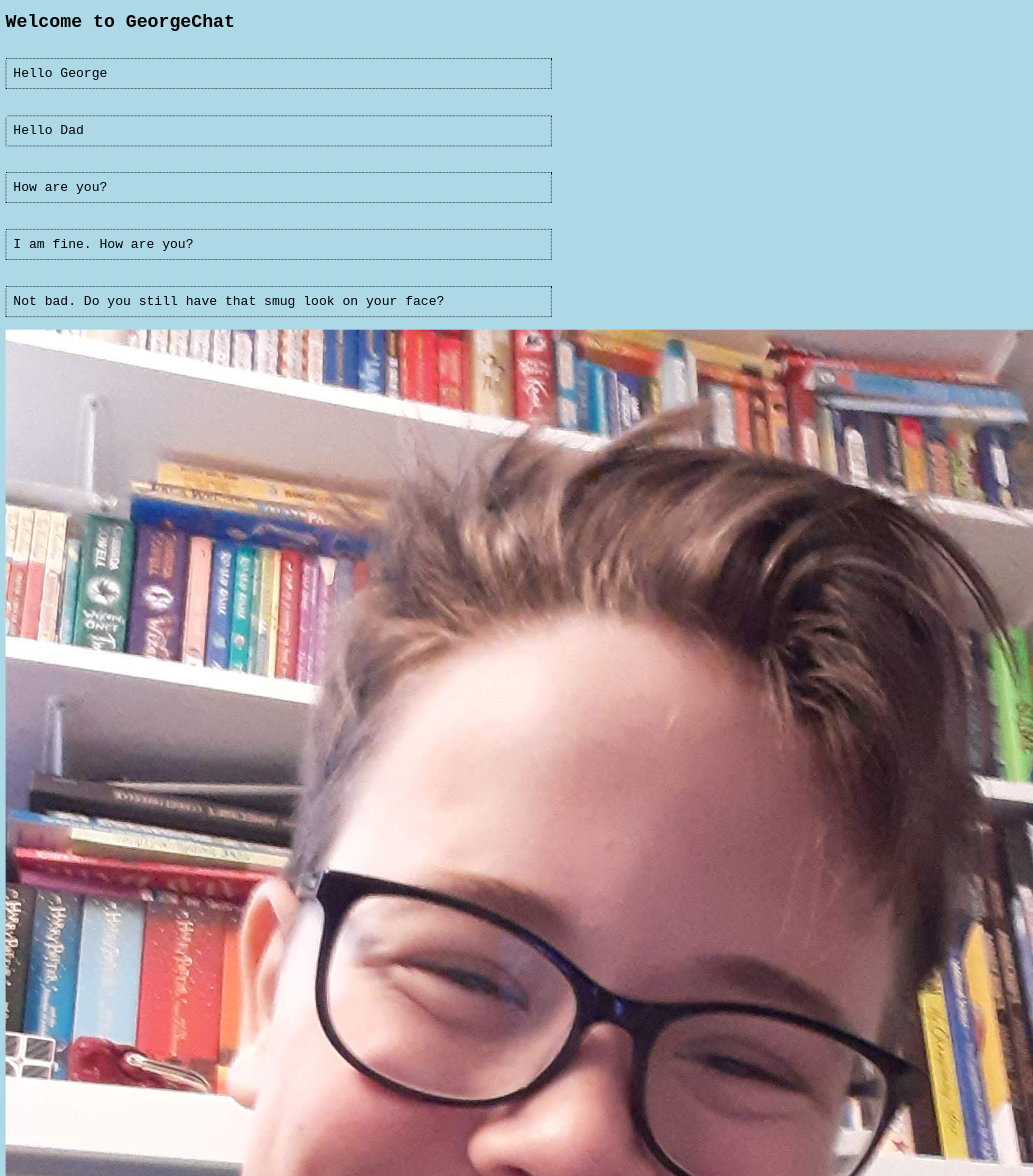
Repository: georgefyles/playground
Page: playground/src/resources/html/test.html
The author's editor kept a record of every edit. The page is drawn from the files as they stood at one moment, then again after the next edit.
The browser window is 1280 px wide. The page is 1476 px wide, then 1280 px, so the pictures cover 1476 px, including what lies to the right of the window. The pictures show the part of the page from y = 0 to 1680 px (the page is 3214 px tall before and 911 px after), at 70% of full size.

Above is the page before.

### playground/src/resources/html/test.html
<!DOCTYPE html>
<html>

  <head>
	<title>Page Title</title>
	<link rel="stylesheet" href="test.css" type="text/css" />
  </head>

  <body>

    <h1 id="chat-title">Welcome to GeorgeChat</h1>

    <div id="chat-messages">

      <p class="you-talking">Hello George</p>

      <p class="me-talking">Hello Dad</p>

      <p class="you-talking">How are you?</p>

  	  <p class="me-talking">I am fine. How are you?</p>

      <p class="you-talking">Not bad. Do you still have that smug look on your face?</p>

      <img src="../images/george.jpeg" class="me-talking chat-image" />

      <p class="you-talking">So you do.</p>

    </div>

    <div id="chat-controls">
      <button>Press me!</button>
    </div>

  </body>
</html>

### playground/src/resources/html/test.css
body {
    background-color: lightblue;
    font-family: monospace;
}

#Title {
    font-size: 18pt;
    text-align: center;
    color: red;
    text-decoration: underline;
}

button {
    background-color: green;
    border: none;
    color: white;
    padding: 15px 32px;
    text-align: center;
    text-decoration: none;
    display: inline-block;
    font-size: 16px;
}

p {
    font-size: 14pt;
    border: 1px dotted black;
    padding: 10px;
    display: inline-block;
    width: 60%;
}

p.DadSpoke {
    color: limegreen;
    float: left;
    clear: right;
}

p.BernardSpoke {
    color: blue;
    float: right;
    clear: left;
}

After the next edit:
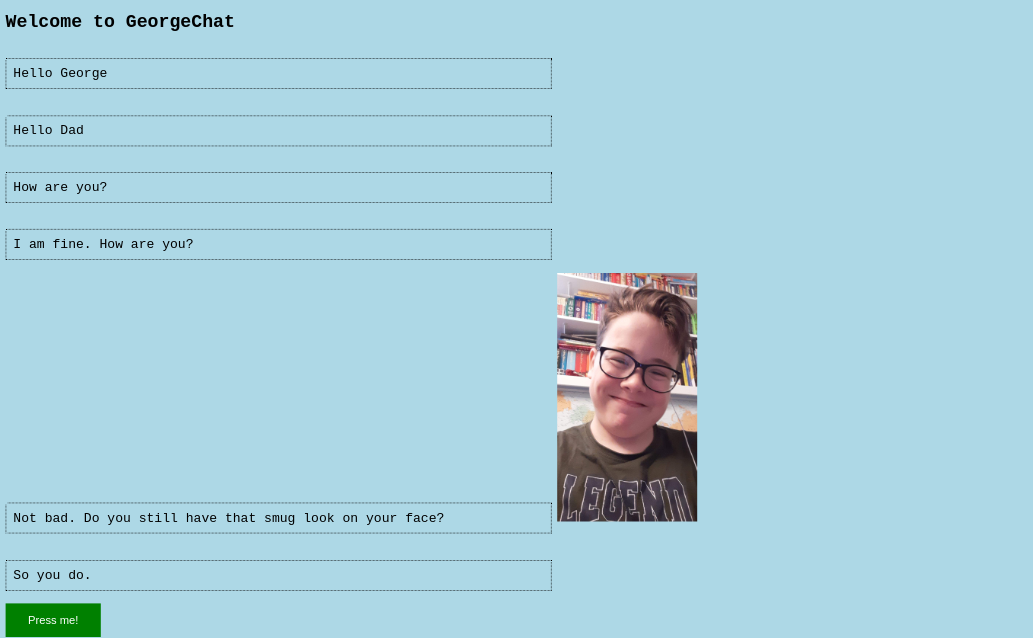
The edit:
--- a/playground/src/resources/html/test.css
+++ b/playground/src/resources/html/test.css
@@ -40,3 +40,7 @@
     float: right;
     clear: left;
 }
+
+img.chat-image {
+    width: 200px;
+}
